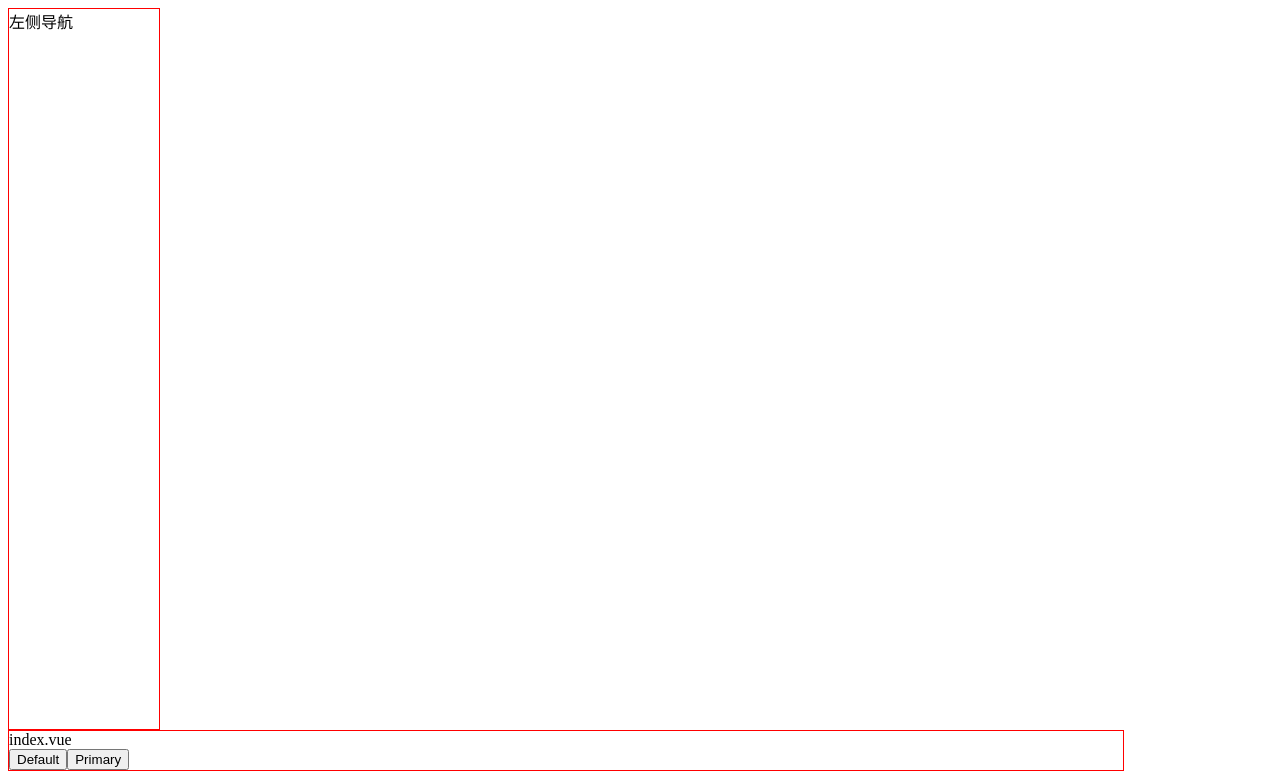
Repository: hanjinning/basicVueProject
Page: /
The author's editor kept a copy of each file at every save. The page is drawn from the files as they stood at one save, then again after the next save.
The browser window is 1280 px wide. The page is 1280 px wide, then 1282 px, so the pictures cover 1282 px, including what lies to the right of the window. The pictures show the whole page.
The page's requests for data from a server got no answer. The project was rebuilt for these pictures with package versions that can differ from the ones it lists, and the page was loaded fresh each time. No one was signed in, and anything a server would have sent is missing. Also part of the build but not shown: vue.config.js, src/components/HelloWorld.vue, src/views/Home.vue.

Above is the page before, as saved 2021-03-18 10:52:50.

### public/index.html
<!DOCTYPE html>
<html lang="">
  <head>
    <meta charset="utf-8">
    <meta http-equiv="X-UA-Compatible" content="IE=edge">
    <meta name="viewport" content="width=device-width,initial-scale=1.0">
    <link rel="icon" href="<%= BASE_URL %>favicon.ico">
    <title><%= htmlWebpackPlugin.options.title %></title>
    <script src="https://unpkg.com/axios/dist/axios.min.js"></script>
  </head>
  <body>
    <noscript>
      <strong>We're sorry but <%= htmlWebpackPlugin.options.title %> doesn't work properly without JavaScript enabled. Please enable it to continue.</strong>
    </noscript>
    <div id="app"></div>
    <!-- built files will be auto injected -->
  </body>
</html>

### src/App.vue
<template>
  <div id="app">
    <!-- <div id="nav">
      <router-link to="/">Home</router-link> |
      <router-link to="/about">About</router-link>
    </div>-->
    <leftNav></leftNav>
    <router-view v-if="!$route.meta.keepAlive"/>
  </div>
</template>

<script>
// import router from "./router";
import leftNav from '@/components/leftNav.vue'

import {uploadelf, start, getDisassemble} from '@/api/api'
export default {
  name: "App",
  data: function() {
    return {};
  },
  components:{
    leftNav:leftNav
  },
  mounted() {
    this.loadData();
  },
  created() {
  },
  methods: {
    loadData() {
      // 成功方法1：直接请求
      this.$axios.get("/index/han", {
          params: {"id":1},
          // jsonp: "handleCallback"
        })
        .then(res => {
          console.log('返回成功回调',res.data.data);
        })
        .catch(function(res) {
          console.log("返回失败回调");
          console.log(res);
        });
      // 成功方法2：调用该工厂方法进行请求返回一个对象，再通过对象的then(), catch()方法进行后续操作
      // uploadelf().then(resp => {
      //   console.log('uploadelf --->', resp.data.data);
      // }).catch(error => {
      //   console.log(error);
      // });
    }
  },
  created: function() {
  }
};
</script>

<style lang="scss" scoped>
</style>

### src/router/index.js
import App from '../App'
import Vue from 'vue'
import VueRouter from 'vue-router'
import Home from '../views/Home.vue'
import data from './data.js'
// import axios from 'axios'
import store from '../store'
import VueAxios from 'vue-axios'
import qs from 'qs'

Vue.use(VueRouter,VueAxios,axios)
Vue.prototype.$qs = qs;
Vue.prototype.$axios = axios;

axios.defaults.baseURL = 'http://localhost:8360' // 'http://localhost:8360'

const router = new VueRouter({
  mode: 'history',
  routes: data
  // [
  //   {
  //     path: '/',
  //     component: App,
  //     children: data
  //   }
  // ]
})

// export default {router, store,axios}
export default router

### src/components/leftNav.vue
<template>
<div id="leftNav">
    左侧导航
</div>
</template>

<script>

</script>

<style scoped lang="scss">
#leftNav{
    width: 150px;
    height:100vh;
    // background: pink;
    border: 1px solid red;
    position: relative;
    left: 0;
    top: 0;
}
</style>

### src/api/api.js
// src/api/api.js
// import axios from 'axios'

// 允许跨域携带cookie
axios.defaults.withCredentials = true;

export const uploadelf = () => {
    return axios.request({
        method: 'get',// post
        url:'http://127.0.0.1:8360/index/han'
        // url: 'http://xxxxx.xxx/api/uploadelf'
    })
}

export const start = () => {
    return axios.request({
        method: 'get',
        // url: 'http://xxxxx.xxx/api/start'
    })
}

export const getDisassemble = (funName = 'main') => {
    return axios.request({
        method: 'post',
        // url: 'http://xxxxx.xxx/api/disassemble',
        data: {
            // funName
        }
    })
}

### src/router/data.js
let firstPage = [
  {
    path:'/meme',
    name:'Home',
    component:() => import('@/views/Home.vue'),
  }
]
let root = [
  {
    path:'/index',
    component:() => import('@/views/Home.vue')
  },
  {
    path:'/About',
    component:() => import('@/views/About.vue')
  }
]
export default [
  {
    path:'/',
    component:()=> import('@/views/index.vue'),
    children:[...root]
  },
  // ...root
]

### src/views/index.vue
<template>
<div id="index">
    <div>index.vue</div>
    <Button>Default</Button>
    <Button type="primary">Primary</Button>
</div>
</template>

<style lang="scss" scoped>
#index{
    width: calc(100% - 150px);
    border: 1px solid red
}
</style>

Loaded but not shown: src/main.js (common file); src/store/index.js (common file)

After the next save:
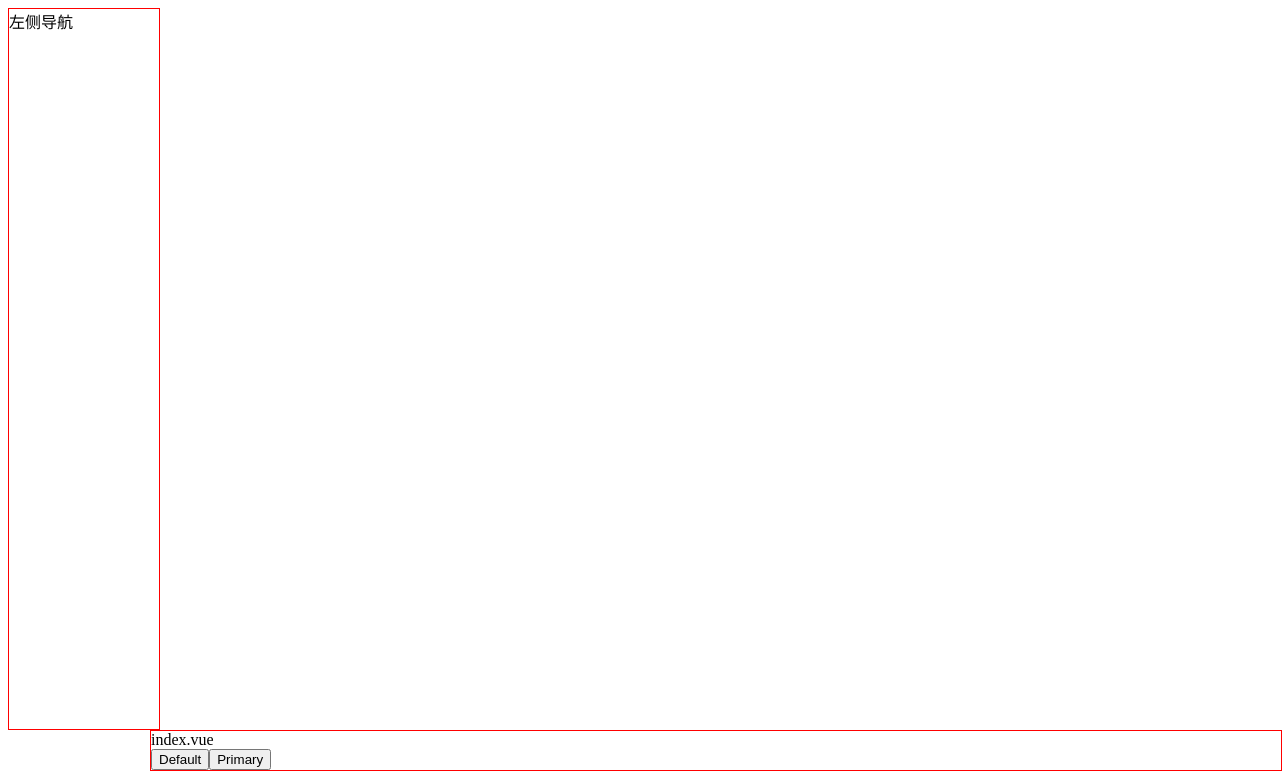
Saved 13 s later.
--- a/src/views/index.vue
+++ b/src/views/index.vue
@@ -9,6 +9,8 @@
 <style lang="scss" scoped>
 #index{
     width: calc(100% - 150px);
-    border: 1px solid red
+    border: 1px solid red;
+    position: absolute;
+    left: 150px;
 }
 </style>
